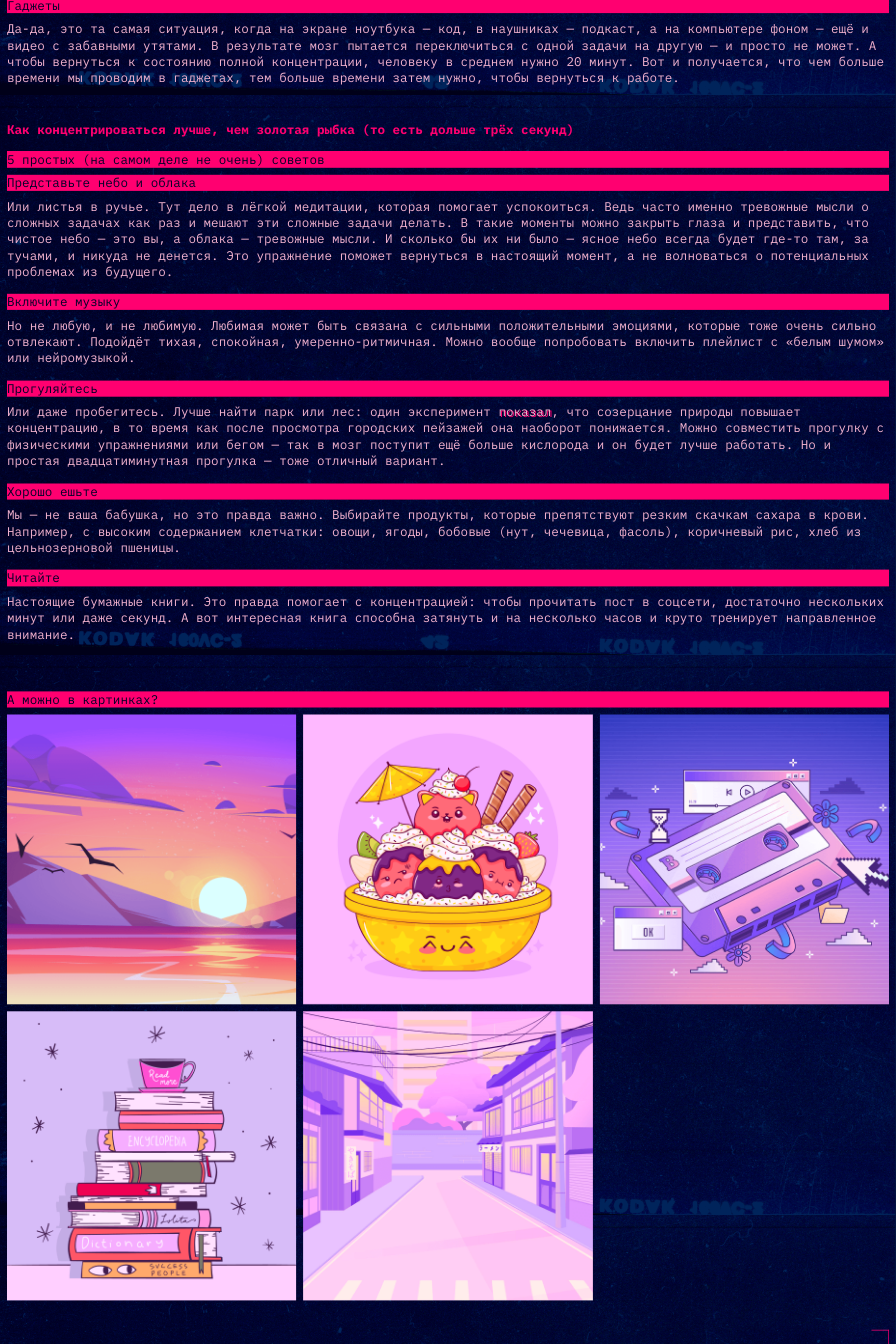
Repository: NikWolf75/slozhno-sosredotochitsya-fd
Page: index.html
The author's editor kept a copy of each file at every save. The page is drawn from the files as they stood at one save, then again after a run of saves.
The browser window is 1280 px wide. The pictures show the part of the page from y = 1464 to 3384 px (the page is 4074 px tall before and 4064 px after), at 70% of full size.
Backgrounds fixed to the window are drawn as part of the page.

Above is the page before, as saved 2025-02-27 12:23:28.

After the next 2 saves:
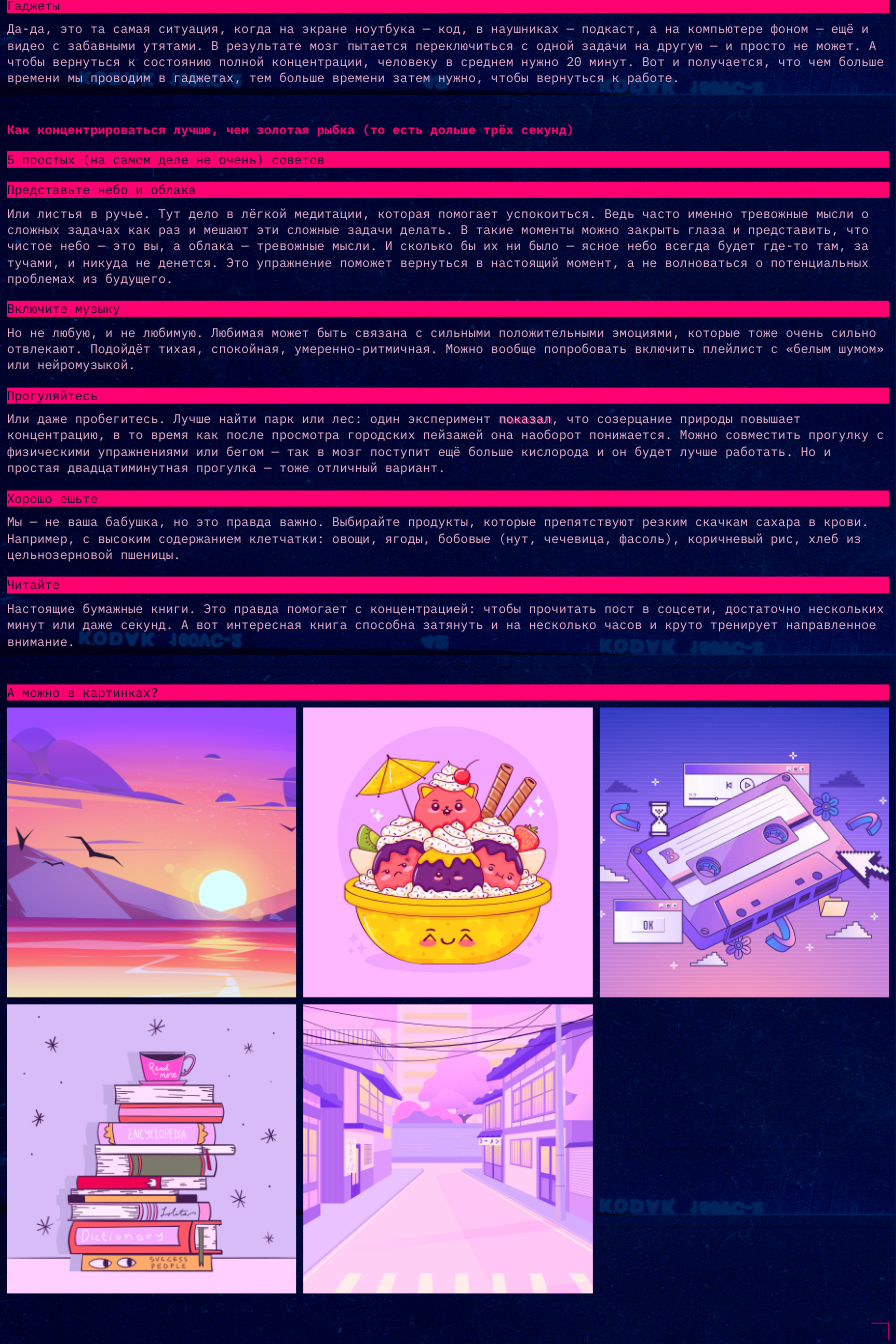
The 2 saves are shown as one change because they came seconds apart.
The last was saved 8 s later.
--- a/styles/style.css
+++ b/styles/style.css
@@ -175,7 +175,8 @@
   border: 1px solid currentColor;
 }
 
-.content_how {
+
+.tips-undertitle {
   font-weight: var(--title-font-weight, 700);
   margin-block-end: 20px;
 }
